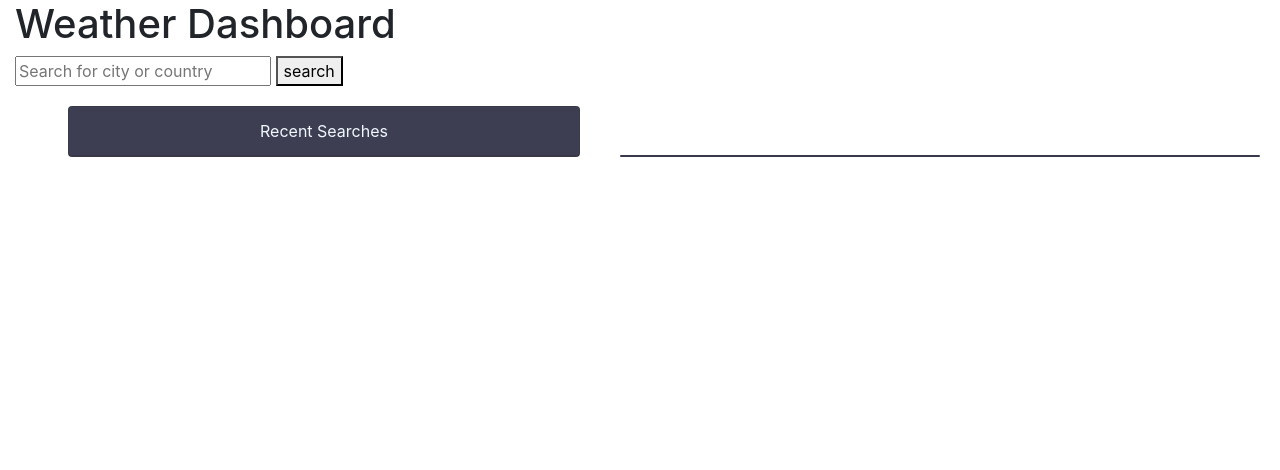
Repository: cobalt88/weather-forecast-app
Page: index.html
These files come from the project's save history. The page is drawn as it stood at one moment and after the next save; the edit follows.
The browser window is 1280 px wide. The pictures show the whole page.
The page's requests for data from a server got no answer. Some web libraries are served in a nearby version.

Above is the page before, as saved 2022-05-23 11:55:43.
Console error: SyntaxError: Unexpected token 'for'

### index.html
<!DOCTYPE html>
<html lang="en">
  <head>
    <meta charset="UTF-8" />
    <meta http-equiv="X-UA-Compatible" content="IE=edge" />
    <meta name="viewport" content="width=device-width, initial-scale=1.0" />
    <link
      rel="stylesheet"
      href="https://stackpath.bootstrapcdn.com/bootstrap/4.3.1/css/bootstrap.min.css"
    />
    <link
      rel="stylesheet"
      href="https://use.fontawesome.com/releases/v5.8.1/css/all.css"
      integrity="sha384-50oBUHEmvpQ+1lW4y57PTFmhCaXp0ML5d60M1M7uH2+nqUivzIebhndOJK28anvf"
      crossorigin="anonymous"
    />
    <link
      href="https://fonts.googleapis.com/css?family=Open+Sans&display=swap"
      rel="stylesheet"
    />

    <link href="./assets/style.css" rel="stylesheet" />
    <title>Weather</title>
  </head>

  <body>
    <header>
      <h1 class="center col-12">Weather Dashboard</h1>
    </header>
    <div class="col-xl-4 col-lg-4 col-md-4 col-sm-4 col-4">
      <input
        type="text"
        id="searchInput"
        placeholder="Search for city or country"
      />
      <button type="button" id="search-button">search</button>
    </div>
    <div class="cardContainer">
        <div  id="history" class="card history-card">
          <div class="card-header">
            Recent Searches
          </div>
            <ul class="list-group list-group-flush" id="history-container">
          </ul>
        </div>
        <div class="card" id="today">
      </div>
    </div>
    <div id="5-day-container" class="cardContainer">
    </div>
    <script src="https://code.jquery.com/jquery-3.4.1.min.js"></script>
    <script src="https://cdnjs.cloudflare.com/ajax/libs/moment.js/2.20.1/moment.min.js"></script>
    <script src="./assets/logic_2.js"></script>
  </body>
</html>

### assets/style.css
.card {
  display: flex;
  background-color: rgb(65, 65, 85);
  color: aliceblue;
  margin: 20px;
}

.history-card {
  display: flex;
  justify-content: flex-start;
  width: 40%;
  text-align: center;
}

.list-group-item {
  background-color: rgb(65, 65, 85);
}

#today {
  display: flex;
  width: 50%;
  max-height: 500px;
  align-self: flex-end;
}

img {
  max-height: 100px;
  max-width: 100px;
}

.cardContainer {
  display: flex;
  flex-direction: row;
  justify-content: flex-end;
  flex-wrap: wrap;
}

.cityList {
  display: flex;
  flex-direction: row;
  width: 25%;
  max-width: 500px;
}

.uvMin{
  color: green;
}

.uvModerate {
  color: rgb(254, 254, 68);
}

.uvHigh {
  color: orange;
}

.uvSevere {
  color: red;
}

.uvExtreme {
  color: violet
}

@media only screen and (max-width: 900px) {
  #today {
    width: 90%;
  }

  .history-card {
    width: 90%;
  }

}

@media only screen and (max-width: 500px) {
  .cardContainer {
    display: flex;
    flex-direction: column;
    justify-content: center;
    align-items: center;
  }
}

### assets/logic_2.js

const apiKey = '486a30fe2a4040f404391459060015ad';
var displayArr = [];
var geoArr = [];
var oneCallDataArr = [];
var searchInput = localStorage.getItem('lastSearch');
var lat = '';
var lon = '';
var forecastContainer = document.getElementById('5-day-container');
var currentDay = document.getElementById('today');
const history = document.getElementById('history-container');
const historyArr = ['Orlando', 'New York', 'Denver', 'Dallas', 'Anchorage'];

function geoLocate() {
  var requestLocationUrl = `https://api.openweathermap.org/geo/1.0/direct?q=${searchInput}&limit=1&appid=${apiKey}`
  fetch(requestLocationUrl)
  .then(function(response){
    return response.json();
  })
  .then(function(currentLocation) {
    let tempArr = [];
    tempArr.push(currentLocation);
    geoArr = tempArr;
    let lat2 = geoArr[0][0].lat;
    lat = lat2;
    let lon2 = geoArr[0][0].lon;
    lon = lon2;
  })
.then(function(){
    oneCall();
  });
};

function oneCall() {
  let oneCallApi = `https://api.openweathermap.org/data/2.5/onecall?lat=${lat}&lon=${lon}&exclude=minutely&appid=${apiKey}`
  fetch(oneCallApi)
  .then(function(response){
    return response.json();
  })
  .then(function(allData) {
    let tempArr = [];
    tempArr.push(allData)
    oneCallDataArr = tempArr;
    forecastDisplayHandler();
  })
  .then(function(){
    // console.log(oneCallDataArr)
  })
};

  function kelvinToImperial (x) {
    Math.round((x - 273.15) * 1.8 + 32);
  }



const forecastDisplayHandler = async() => {
  forecastContainer.innerHTML = '';
  var now = moment().format('dddd MMMM do YYYY, h:mm a');
  var currentCity = geoArr[0][0].name;
  let tempKd = oneCallDataArr[0].daily[0].temp.day;
  let tempKmax = oneCallDataArr[0].daily[0].temp.max;
  let tempKmin = oneCallDataArr[0].daily[0].temp.min;
  let tempKe = oneCallDataArr[0].daily[0].temp.eve;

  let tempFd = Math.round((tempKd - 273.15) * 1.8 + 32);
  let tempFmin = Math.round((tempKmin - 273.15) * 1.8 + 32);
  let tempFmax = Math.round((tempKmax - 273.15) * 1.8 + 32);
  let tempFe = Math.round((tempKe - 273.15) * 1.8 + 32);

  let windSpeed = oneCallDataArr[0].daily[0].wind_speed;
  let windGust = oneCallDataArr[0].daily[0].wind_gust;
  let humidity = oneCallDataArr[0].daily[0].humidity;
  let uvIndex = oneCallDataArr[0].daily[0].uvi;
  let icon = oneCallDataArr[0].daily[0].weather[0].icon;
  let uvStyle = (uvIndex < 2) ? 'uvMin' : (uvIndex < 5) ? 'uvModerate' : (uvIndex < 7) ? 'uvHigh' : (uvIndex < 10) ? 'uvSevere' : 'uvExtreme';


  let iconSrc = `https://openweathermap.org/img/wn/${icon}@2x.png`

   currentDay.innerHTML =
  `

    <h2 id="city">${currentCity}</h2>
    <h4 id="date">${now}</h4>
    <img src="${iconSrc}" alt="Weather Icon">
    <p id="weather-${i}></p>
    <p id="temp-${i}">Day Temp: ${tempFd}</p>
    <p id="temp-${i}">Evening Temp: ${tempFe}</p>
    <p id="temp-${i}">Max Temp: ${tempFmax}</p>
    <p id="temp-${i}">Min Temp: ${tempFmin}</p>
    <p id="wind-${i}">Average Wind Speed: ${windSpeed}</p>
    <p id="wind-${i}">Wind Gust: ${windGust}</p>
    <p id="humidity-${i}">Relative Humidity: ${humidity}%</p>
    <p id="uv-index${i}" class="${uvStyle}">UV Index: ${uvIndex}</p>
    `;



for (var i = 1; i < 6; i++) {

  let unixTime = oneCallDataArr[0].daily[i].dt;
  let dateString = moment.unix(unixTime).format("MM/DD/YYYY");

  let tempKmax = oneCallDataArr[0].daily[i].temp.max;
  let tempKmin = oneCallDataArr[0].daily[i].temp.min;

  let tempFmin = Math.round((tempKmin - 273.15) * 1.8 + 32);
  let tempFmax = Math.round((tempKmax - 273.15) * 1.8 + 32);

  let humidity = oneCallDataArr[0].daily[i].humidity;
  let uvIndex = oneCallDataArr[0].daily[i].uvi;
  let icon = oneCallDataArr[0].daily[i].weather[0].icon;
  let uvStyle = (uvIndex < 2) ? 'uvMin' : (uvIndex < 5) ? 'uvModerate' : (uvIndex < 7) ? 'uvHigh' : (uvIndex < 10) ? 'uvSevere' : 'uvExtreme';


  let iconSrc = `https://openweathermap.org/img/wn/${icon}@2x.png`

  forecastContainer.innerHTML +=
      `
      <div id="day ${i}" class="card col-10 col-sm-5 col-lg-3">
        <h2 id="date" class="card-title">${dateString}</h2>
          <img src="${iconSrc}" class="card-img-top" alt="Weather Icon"/>
            <p id="weather-${i}></p>
            <p id="temp-${i}">Max Temp: ${tempFmin}</p>
            <p id="temp-${i}">Min Temp: ${tempFmax}</p>
            <p id="humidity-${i}">Relative Humidity: ${humidity}%</p>
            <p id="uv-index${i}" class="${uvStyle}">UV Index: ${uvIndex}</p>
      </div>
    `
};
}



const storage = () => {
  storedStuff = localStorage.getItem(city);
  history.push(storedStuff);
}

const displayHistory = async() => {
  history.innerHTML = '';
  const search = await
    for(var i = 0; i < 5; i++) {
     history.innerHTML +=  `<li class="list-group-item"><button type="button" class="list-button">${historyArr[i]}</button></li>`;
    }
}

$("#search-button").on("click", function () {
  searchInput = $(this).siblings("#searchInput").val();
  localStorage.setItem('city', searchInput);
  geoLocate();

});

$(".list-button").on("click", function(){
  let test = $(this)
  console.log(test);
});



$(document).ready(function(){


  searchInput = 'Orlando';
  geoLocate();

  // loadStorage()
  // displayHistory()
} );

After the next save:
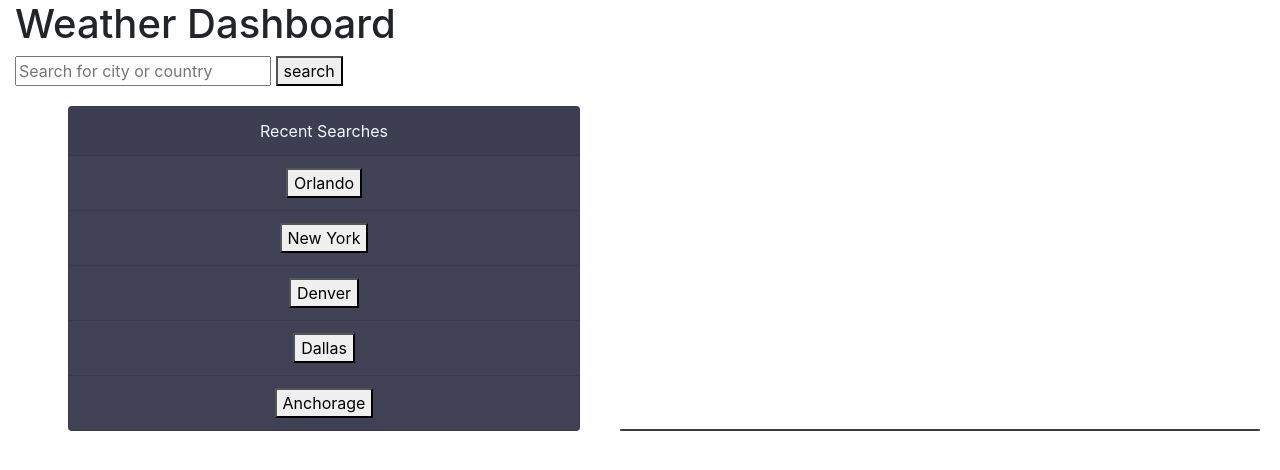
The error is gone.
Saved 28 s later.
--- a/assets/logic_2.js
+++ b/assets/logic_2.js
@@ -138,12 +138,11 @@ const storage = () => {
   history.push(storedStuff);
 }
 
-const displayHistory = async() => {
+function displayHistory() {
   history.innerHTML = '';
-  const search = await
-    for(var i = 0; i < 5; i++) {
-     history.innerHTML +=  `<li class="list-group-item"><button type="button" class="list-button">${historyArr[i]}</button></li>`;
-    }
+for(var i = 0; i < 5; i++) {
+  history.innerHTML +=  `<li class="list-group-item"><button type="button" class="list-button">${historyArr[i]}</button></li>`;
+  }
 }
 
 $("#search-button").on("click", function () {
@@ -167,5 +166,5 @@ $(document).ready(function(){
   geoLocate();
 
   // loadStorage()
-  // displayHistory()
+  displayHistory();
 } );
